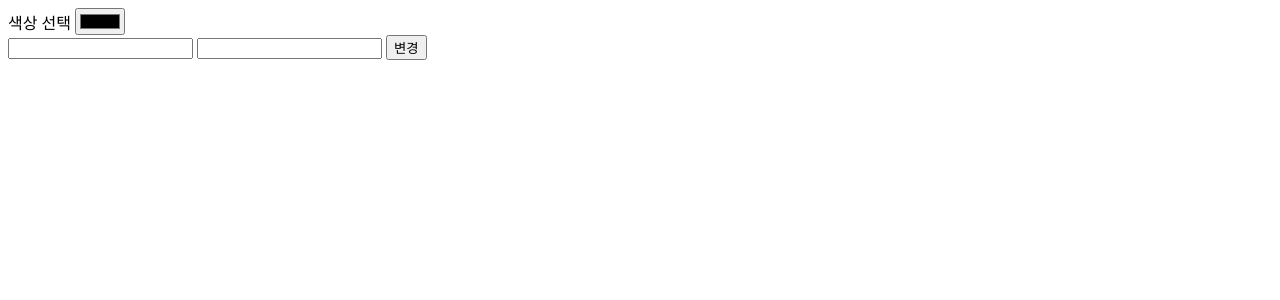
Repository: anhyunji494/JSP
Page: Servlet/src/main/webapp/WEB-INF/ex05Bgcolor.html
The author's editor kept a copy of each file at every save. The page is drawn from the files as they stood at one save, then again after the next save.
The browser window is 1280 px wide. The pictures show the whole page.

Above is the page before, as saved 2024-02-27 01:22:48.

### Servlet/src/main/webapp/WEB-INF/ex05Bgcolor.html
<!DOCTYPE html>
<html>
<head>
<meta charset="EUC-KR">
<title>Insert title here</title>
</head>
<body>
	<form action = "Ex06BgColor">
		색상 선택
		<input type = "color" name = "color">
		<br>
		<input type = "number">
		<input type = "number">
		<input type = "submit" value = "변경">
	</form>
</body>
</html>

After the next save:
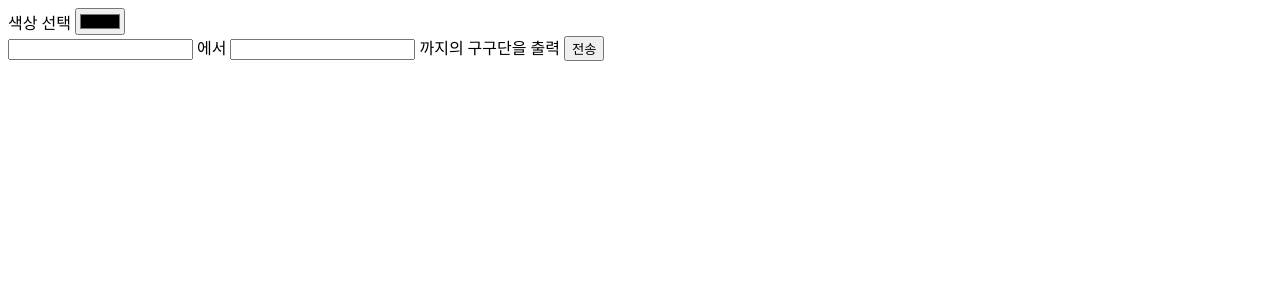
Saved 69 s later.
--- a/Servlet/src/main/webapp/WEB-INF/ex05Bgcolor.html
+++ b/Servlet/src/main/webapp/WEB-INF/ex05Bgcolor.html
@@ -9,9 +9,9 @@
 		색상 선택
 		<input type = "color" name = "color">
 		<br>
-		<input type = "number">
-		<input type = "number">
-		<input type = "submit" value = "변경">
+		<input type = "number" name = "fddn"> 에서
+		<input type = "number" name = "ldan"> 까지의 구구단을 출력
+		<input type = "submit" value = "전송">
 	</form>
 </body>
 </html>

After the 2 saves that followed:
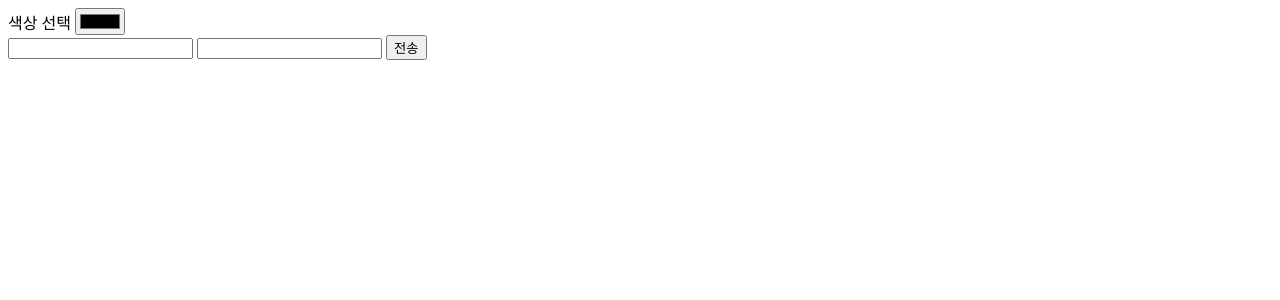
The 2 saves are shown as one change because 1 left the picture as it was.
The last was saved 57 s later.
--- a/Servlet/src/main/webapp/WEB-INF/ex05Bgcolor.html
+++ b/Servlet/src/main/webapp/WEB-INF/ex05Bgcolor.html
@@ -9,8 +9,8 @@
 		색상 선택
 		<input type = "color" name = "color">
 		<br>
-		<input type = "number" name = "fddn"> 에서
-		<input type = "number" name = "ldan"> 까지의 구구단을 출력
+		<input type = "number" name = "fddn">
+		<input type = "number" name = "ldan">
 		<input type = "submit" value = "전송">
 	</form>
 </body>
